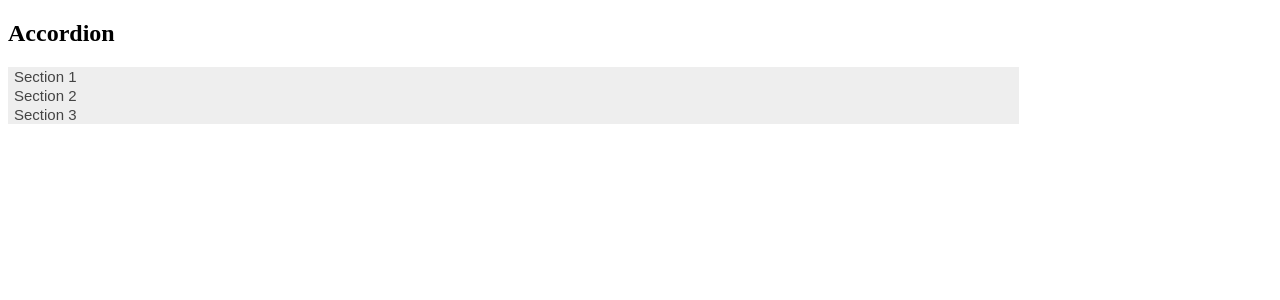
Repository: RPSKumara/DPEdudationPyhton
Page: ResponsiveWebAssigment/newArival.html
An editor plug-in stored every save of this project. The page is shown before and after the next save, followed by the edit.
The browser window is 1280 px wide. The pictures show the whole page.

Above is the page before, as saved 2022-04-22 20:14:57.

### ResponsiveWebAssigment/newArival.html
<!DOCTYPE html>
<html>
	<head>
		<meta name="viewport" content="width=device-width, initial-scale=1" />
		<style>
			.accordion {
				background-color: #eee;
				color: #444;
				cursor: pointer;
                margin: auto;
				padding: auto;
				width: 80%;
				border: none;
				text-align: left;
				outline: none;
				font-size: 15px;
				transition: 0.4s;
			}

			.active,
			.accordion:hover {
				background-color: #ccc;
			}

			.panel {
				padding: 0 18px;
				display: none;
				background-color: white;
				overflow: hidden;
			}
		</style>
	</head>
	<body>
		<h2>Accordion</h2>

		<button class="accordion">Section 1</button>
		<div class="panel">
			<p>
				Lorem ipsum dolor sit amet, consectetur adipisicing elit, sed do eiusmod
				tempor incididunt ut labore et dolore magna aliqua. Ut enim ad minim
				veniam, quis nostrud exercitation ullamco laboris nisi ut aliquip ex ea
				commodo consequat.
			</p>
		</div>

		<button class="accordion">Section 2</button>
		<div class="panel">
			<p>
				Lorem ipsum dolor sit amet, consectetur adipisicing elit, sed do eiusmod
				tempor incididunt ut labore et dolore magna aliqua. Ut enim ad minim
				veniam, quis nostrud exercitation ullamco laboris nisi ut aliquip ex ea
				commodo consequat.
			</p>
		</div>

		<button class="accordion">Section 3</button>
		<div class="panel">
			<p>
				Lorem ipsum dolor sit amet, consectetur adipisicing elit, sed do eiusmod
				tempor incididunt ut labore et dolore magna aliqua. Ut enim ad minim
				veniam, quis nostrud exercitation ullamco laboris nisi ut aliquip ex ea
				commodo consequat.
			</p>
		</div>

		<script>
			var acc = document.getElementsByClassName('accordion');
			var i;

			for (i = 0; i < acc.length; i++) {
				acc[i].addEventListener('click', function () {
					this.classList.toggle('active');
					var panel = this.nextElementSibling;
					if (panel.style.display === 'block') {
						panel.style.display = 'none';
					} else {
						panel.style.display = 'block';
					}
				});
			}
		</script>
	</body>
</html>

After the next save:
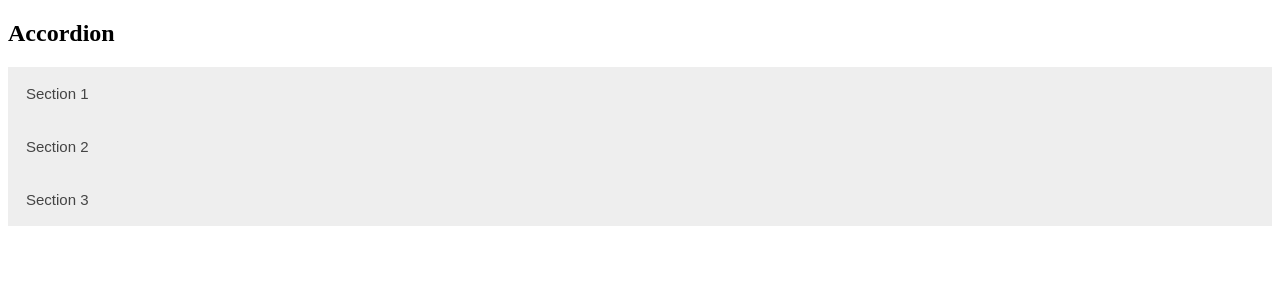
Saved 27 s later.
--- a/ResponsiveWebAssigment/newArival.html
+++ b/ResponsiveWebAssigment/newArival.html
@@ -7,9 +7,8 @@
 				background-color: #eee;
 				color: #444;
 				cursor: pointer;
-                margin: auto;
-				padding: auto;
-				width: 80%;
+				padding: 18px;
+				width: 100%;
 				border: none;
 				text-align: left;
 				outline: none;
